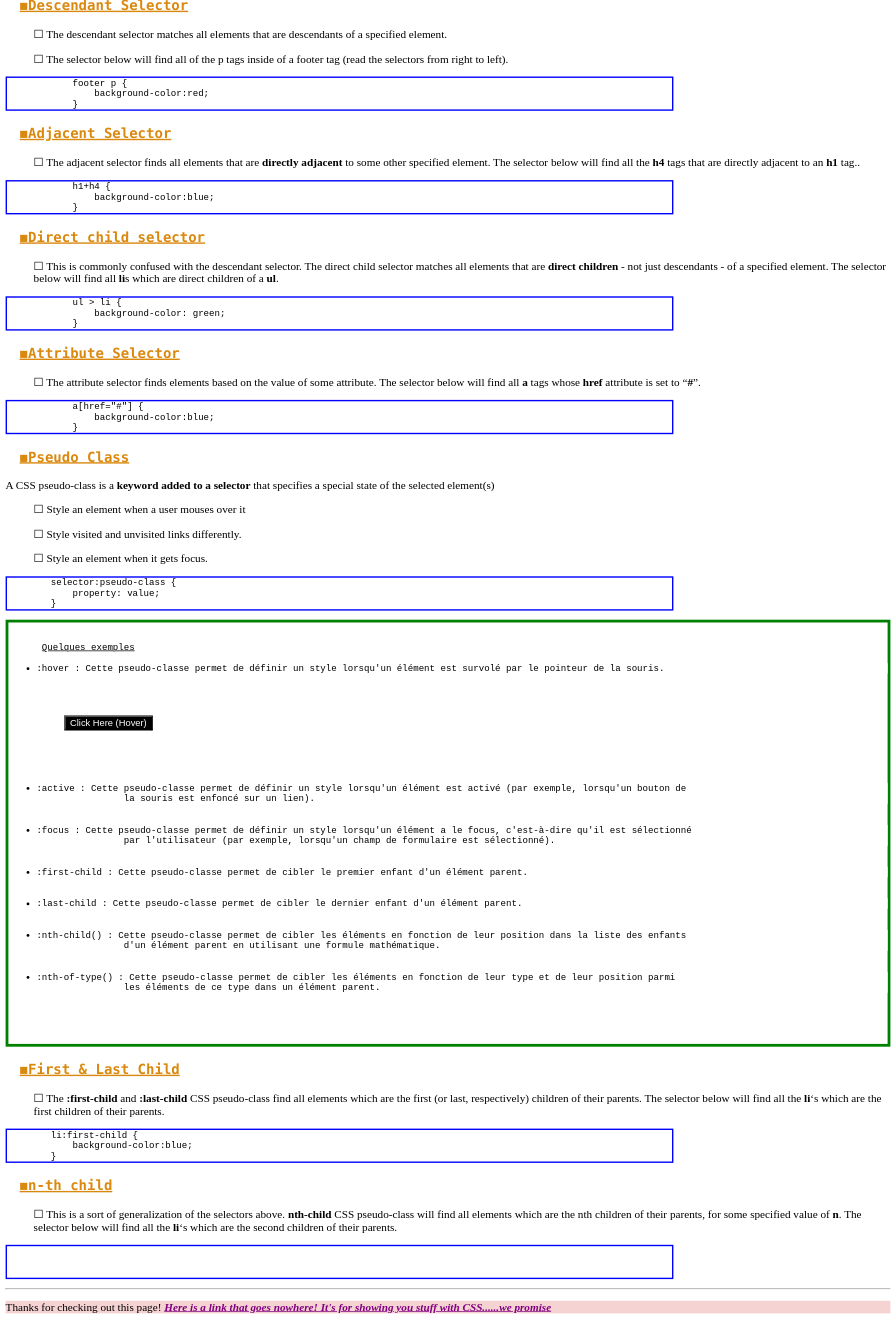
Repository: AnnaSpirit/Tests__
Page: CSS/Useful_Selectors.html
The author's editor kept a copy of each file at every save. The page is drawn from the files as they stood at one save, then again after the next save.
The browser window is 1280 px wide. The pictures show the part of the page from y = 746 to 2666 px (the page is 2638 px tall before and 2666 px after), at 70% of full size.

Above is the page before, as saved 2024-04-03 18:47:32.

After the next save:
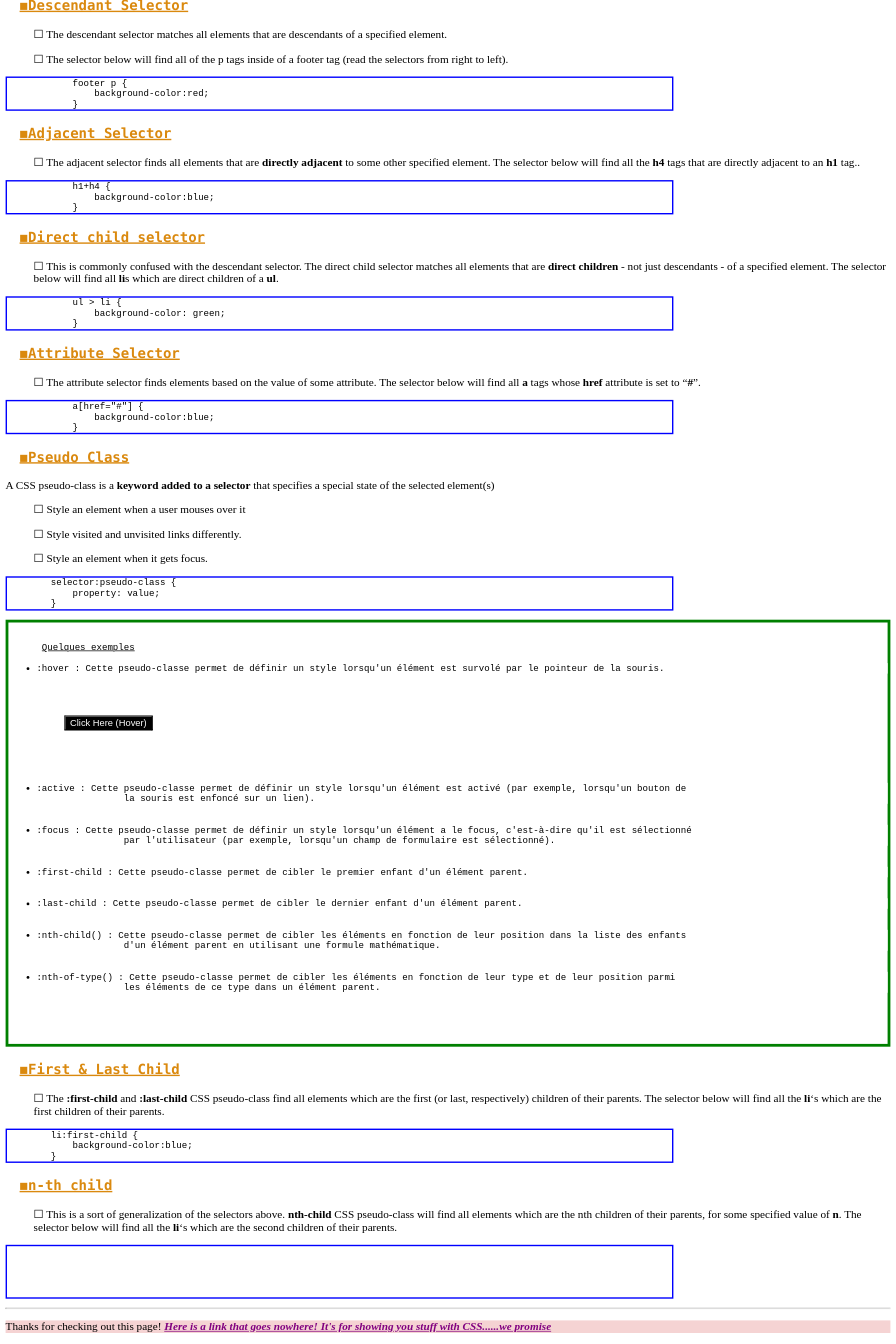
Saved 7 s later.
--- a/CSS/Useful_Selectors.html
+++ b/CSS/Useful_Selectors.html
@@ -149,7 +149,7 @@ développement web. -->
     nth children of their parents, for some specified value of <b>n</b>. The selector below will find all the <b>li</b>‘s which are the second children of their parents.</p>
     <span>
         <pre style="border: 2px solid blue; margin-right: 310px">
-
+            <pre></pre>
     </span>
     </section>
     <hr>
